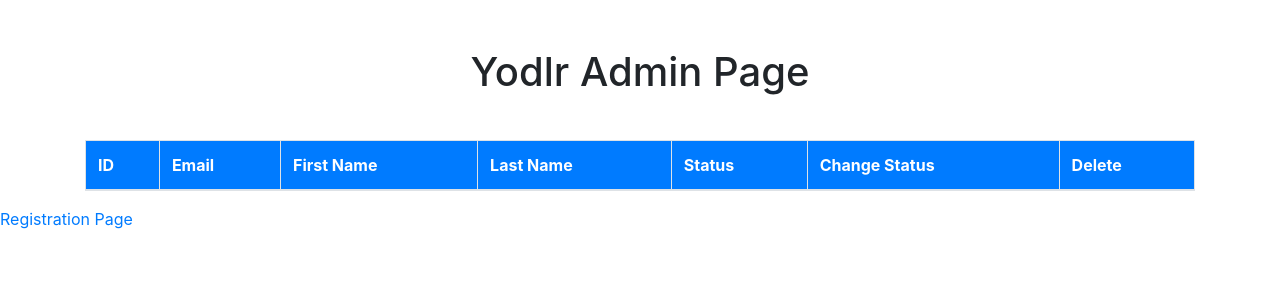
Repository: rmdayberry/yodlr-take-home
Page: public/admin.html
These files come from the project's save history. The page is drawn as it stood at one moment and after the next save; the edit follows.
The browser window is 1280 px wide. The pictures show the whole page.
The page's requests for data from a server got no answer.

Above is the page before, as saved 2024-10-09 08:23:50.
Console error: TypeError: Cannot read properties of undefined (reading 'message')

### public/admin.html
<!DOCTYPE html>
<html>
  <head>
    <meta charset="utf-8" />
    <title>Yodlr Admin Page</title>
    <link
      rel="stylesheet"
      href="https://stackpath.bootstrapcdn.com/bootstrap/4.5.2/css/bootstrap.min.css"
    />
    <link rel="stylesheet" href="css/admin.css" />
    <script src="https://code.jquery.com/jquery-3.6.0.min.js"></script>
    <script>
      $(document).ready(function () {
        function loadUsers() {
          $.ajax({
            type: "GET",
            url: "http://localhost:3000/users",
            success: function (users) {
              var tableBody = $("#userTable tbody");
              tableBody.empty(); // clear the table before adding new rows

              users.forEach(function (user) {
                var statusButtons =
                  user.status === "active"
                    ? `<button class="set-pending" data-id="${user.id}">Set as Pending</button>`
                    : `<button class="set-active" data-id="${user.id}">Set as Active</button>`;

                tableBody.append(
                  `<tr>
                      <td>${user.id}</td>
                      <td>${user.email}</td>
                      <td>${user.firstName}</td>
                      <td>${user.lastName}</td>
                      <td>${user.status}</td>
                      <td>${statusButtons}
                      </td>
                      <td><button type="button" class="btn btn-outline-danger" data-id="${user.id}">Delete</button></td>
                      </tr>`
                );
              });
            },
            error: function (err) {
              alert("Error fetching users: " + err.responseJSON.message);
            },
          });
        }

        loadUsers(); //loads users on page load

        // Handle set as pending button click
        $("#userTable").on("click", ".set-pending", function () {
          var userId = $(this).data("id");
          $.ajax({
            type: "PUT",
            url: `http://localhost:3000/users/${userId}`,
            data: JSON.stringify({ id: userId, status: "pending" }), // Change status to 'pending'
            contentType: "application/json",
            success: function () {
              alert("User status updated to pending");
              loadUsers(); // Reload users after status change
            },
            error: function (err) {
              alert("Error updating user status: " + err.responseJSON.message);
            },
          });
        });

        // Handle set as active button click
        $("#userTable").on("click", ".set-active", function () {
          var userId = $(this).data("id");
          $.ajax({
            type: "PUT",
            url: `http://localhost:3000/users/${userId}`,
            data: JSON.stringify({ id: userId, status: "active" }), // Change status to 'active'
            contentType: "application/json",
            success: function () {
              alert("User status updated to active");
              loadUsers(); // Reload users after status change
            },
            error: function (err) {
              alert("Error updating user status: " + err.responseJSON.message);
            },
          });
        });

        //Handle delete button click
        $("#userTable").on("click", ".delete", function () {
          var userId = $(this).data("id");
          $.ajax({
            type: "DELETE",
            url: `http://localhost:3000/users/${userId}`,
            success: function () {
              alert("User was deleted");
              loadUsers(); // reloads users after deletion was made
            },
            error: function (err) {
              alert("Error deleting user: " + err.responseJSON.message);
            },
          });
        });
      });
    </script>
  </head>
  <body>
    <div class="container mt-5">
      <h1 class="text-center mb-4">Yodlr Admin Page</h1>
      <div class= "table-responsive"></div>
      <table class= "table table-striped table-bordered table-hover" id="userTable">
        <thead>
          <tr>
            <th>ID</th>
            <th>Email</th>
            <th>First Name</th>
            <th>Last Name</th>
            <th>Status</th>
            <th>Change Status</th>
            <th>Delete</th>
          </tr>
        </thead>
        <tbody></tbody>
      </table>
      </div>
      <div class=""text-center mt-3>
        <a href="signup.html">Registration Page</a>
      </div>
    </div>
  </body>
</html>

### public/css/admin.css
table {
  width: 100%;
  border-collapse: collapse;
  margin-top: 20px;
}
table,
th,
td {
  border: 1px solid #ddd;
}
th,
td {
  padding: 12px;
  text-align: left;
}
th {
  background-color: #007bff;
  color: white;
}

tr:nth-child(even) {
  background-color: #f2f2f2;
}
tr:nth-child(odd) {
  background-color: white;
}
tr:hover {
  background-color: #f1f1f1;
}

@media (max-width: 768px) {
  table {
    display: block;
    overflow-x: auto;
    white-space: nowrap;
  }
}

.btn-custom {
  margin-right: 5px;
  padding: 8px 12px;
}

.btn-custom {
  transition: background-color 0.3s ease;
}
.btn-custom:hover {
  opacity: 0.8;
}

After the next save:
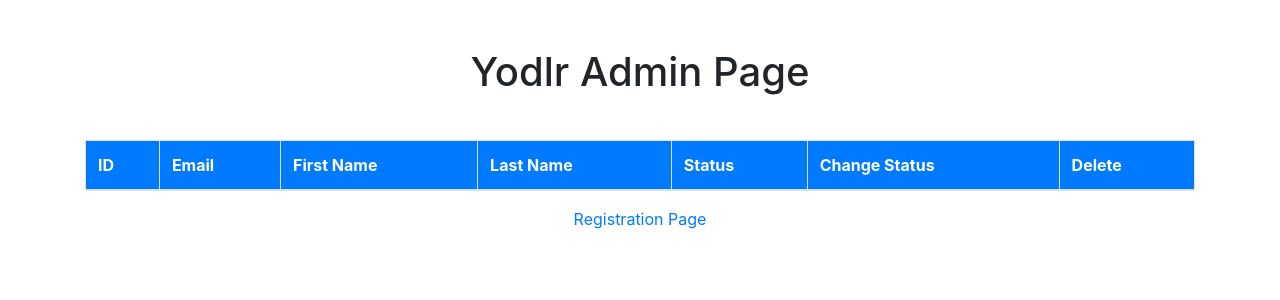
Saved 22 s later.
--- a/public/admin.html
+++ b/public/admin.html
@@ -120,7 +120,7 @@
         <tbody></tbody>
       </table>
       </div>
-      <div class=""text-center mt-3>
+      <div class="text-center mt-3">
         <a href="signup.html">Registration Page</a>
       </div>
     </div>

After the save that followed:
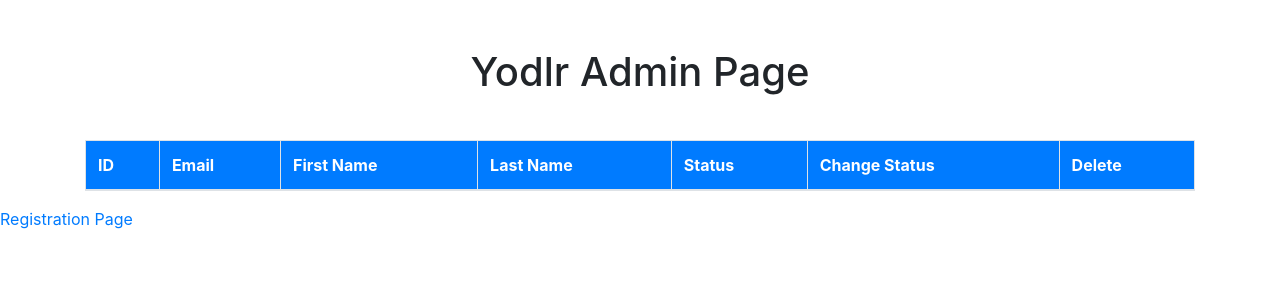
Saved 18 s later.
--- a/public/admin.html
+++ b/public/admin.html
@@ -120,7 +120,7 @@
         <tbody></tbody>
       </table>
       </div>
-      <div class="text-center mt-3">
+      <div class="text-left mt-3">
         <a href="signup.html">Registration Page</a>
       </div>
     </div>
